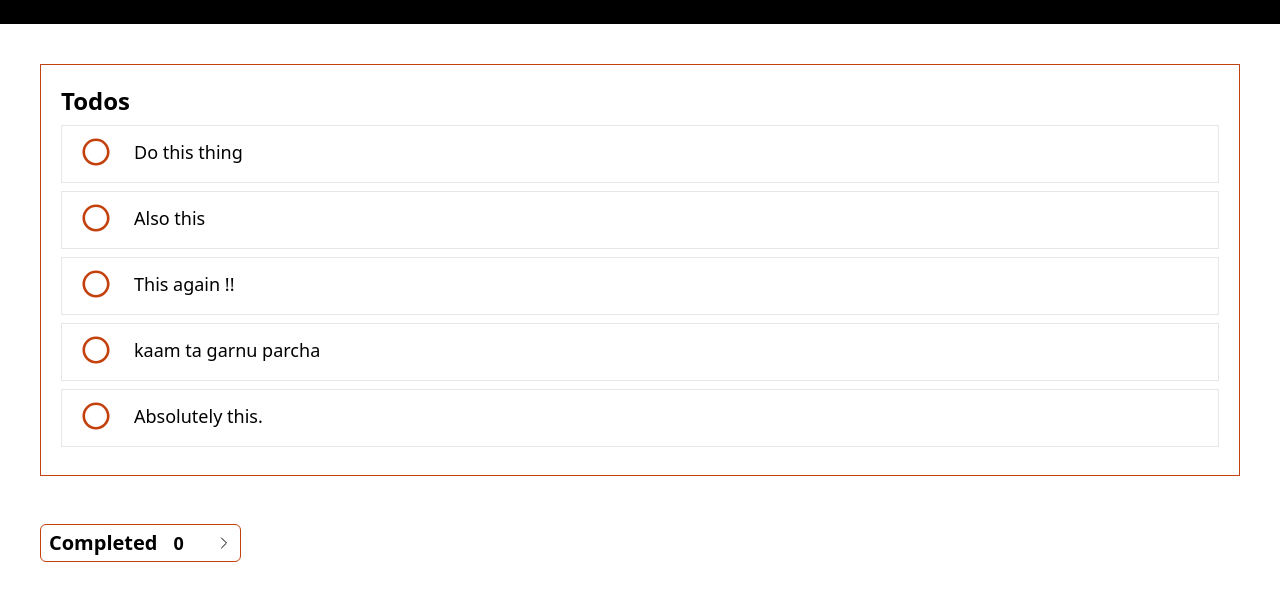
Repository: thekingisherenow/personalTodo
Page: /
These files come from the project's save history. The page is drawn as it stood at one moment and after the next save; the edit follows.
The browser window is 1280 px wide. The pictures show the whole page.
The project was rebuilt for these pictures with package versions that can differ from the ones it lists, and the page was loaded fresh each time. The framework's server and built-in components were replaced by stand-ins that run in the browser. Also part of the build but not shown: next.config.js, components/CompletedTodo.js, styles/Home.module.css.

Above is the page before, as saved 2022-12-15 19:51:13.

After the next save:
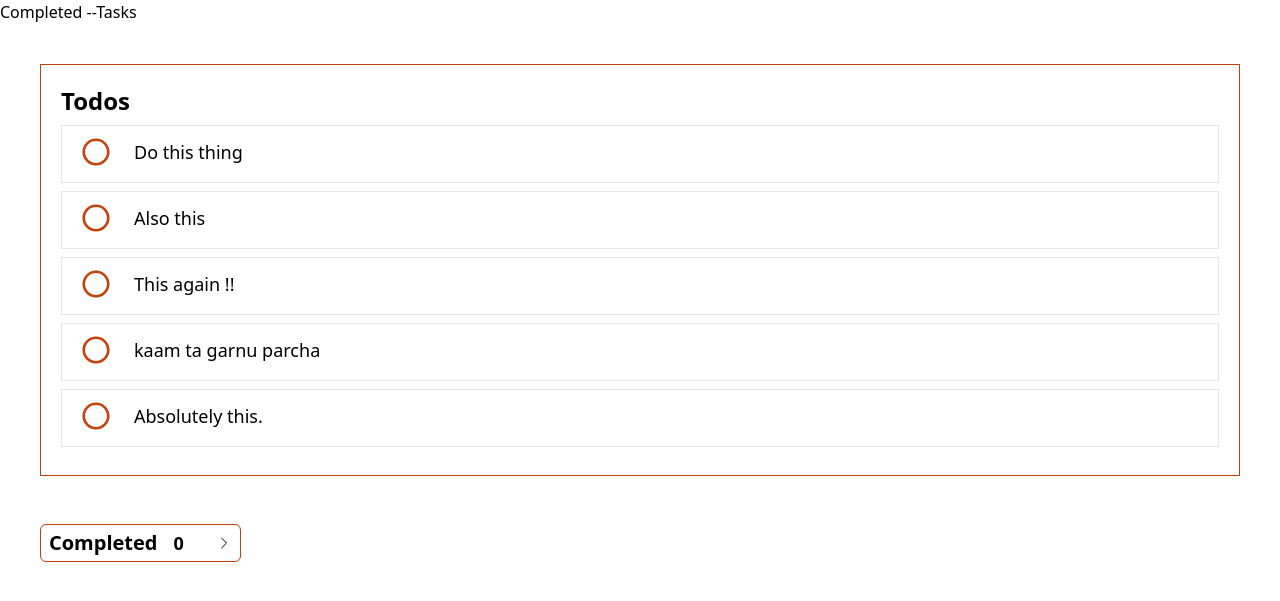
Saved 13 h 7 min later.
--- a/pages/index.js
+++ b/pages/index.js
@@ -14,7 +14,7 @@ export default function Home() {
       </Head>
 
      <div className='bg-white'>
-      <h1 className='bg-black'>Completed --Tasks</h1>
+      <h1 className='bg-white'>Completed --Tasks</h1>
       <Todos/>
 
       {/* //Completed tasks */}
